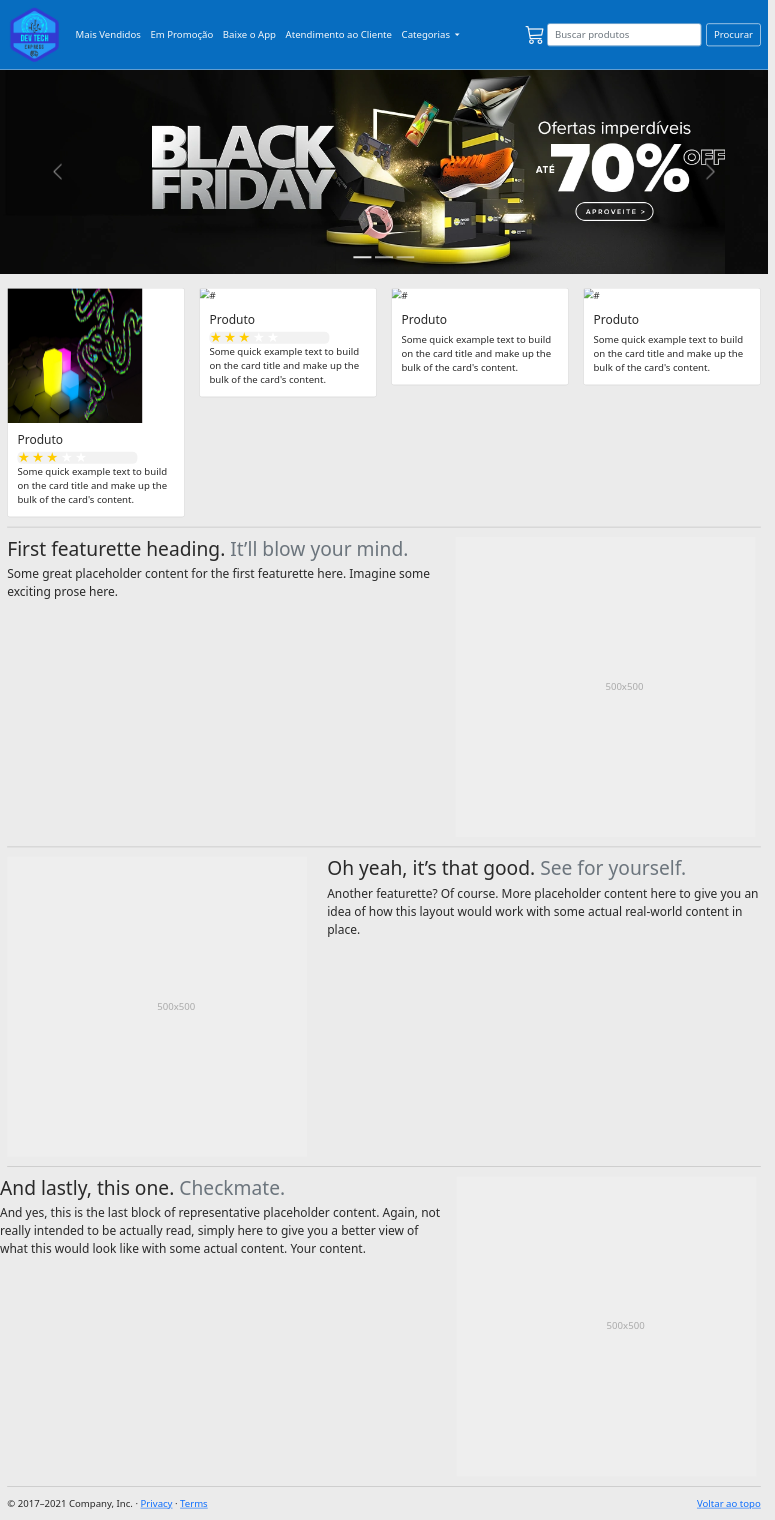
Repository: dantas-barreto/trabalho-interdisciplinar-IDW-IAP
Page: index.html
The author's editor kept a copy of each file at every save. The page is drawn from the files as they stood at one save, then again after the next save.
The browser window is 1280 px wide. The page is 1292 px wide, so the pictures cover 1292 px, including what lies to the right of the window. The pictures show the whole page, at 60% of full size.
Some web libraries are served in a nearby version.

Above is the page before, as saved 2021-12-04 21:08:29.

After the next save:
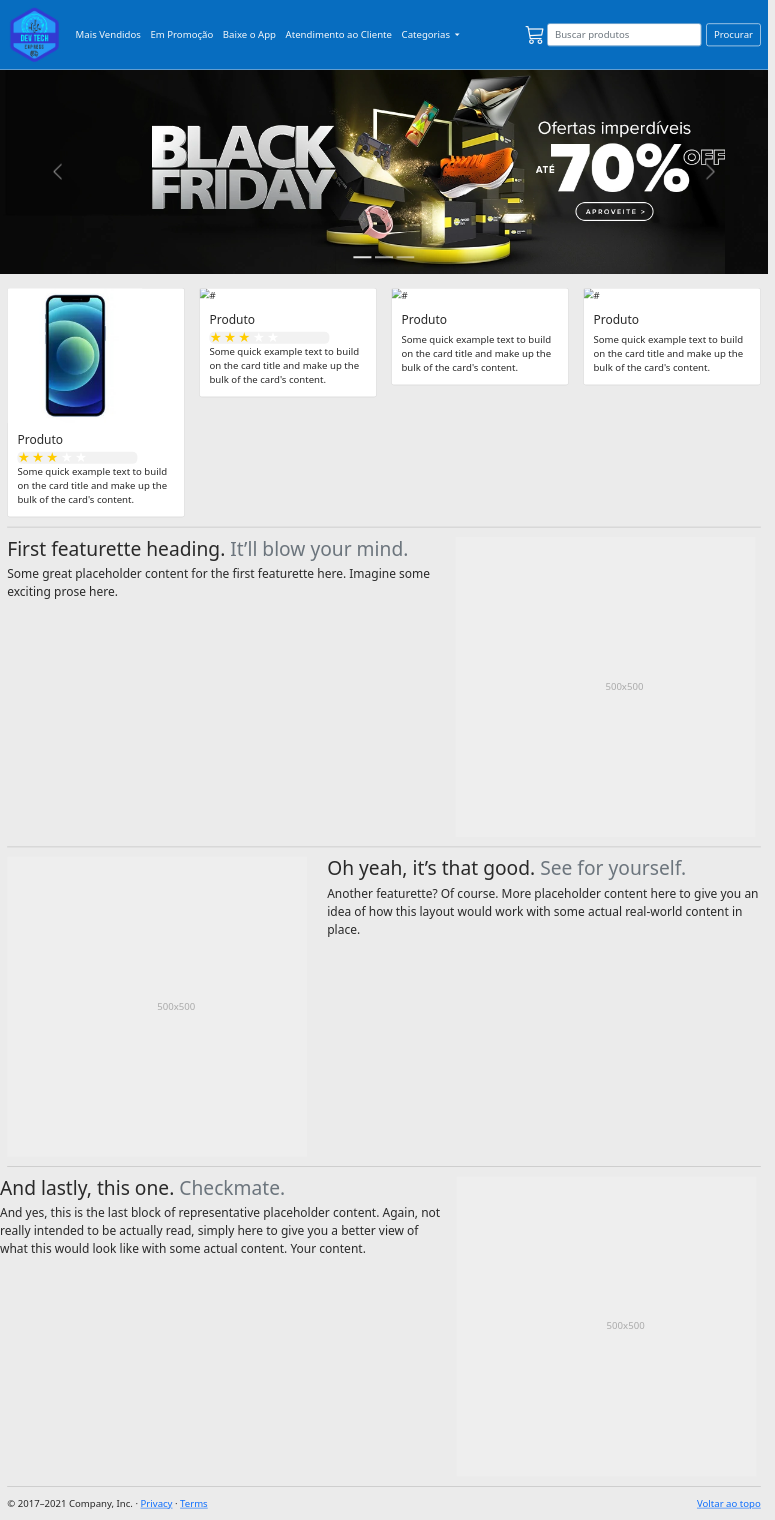
Saved 36 s later.
--- a/index.html
+++ b/index.html
@@ -171,7 +171,7 @@
             <div class="card">
               <div class="card-img">
                 <img
-                  src="img/teste.jpg"
+                  src="img/iphone.jpg"
                   width="224"
                   height="224"
                   alt="IPhone 12"
